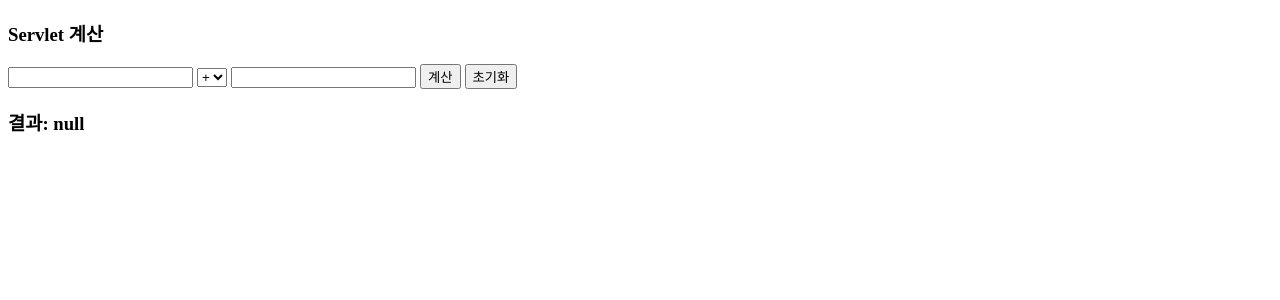
Repository: daehyuk1231/lect_labs_java
Page: http://localhost/java_web/calc1.jsp
The author's editor kept a copy of each file at every save. The page is drawn from the files as they stood at one save, then again after the next save.
The browser window is 1280 px wide. The pictures show the whole page.
The page is served by Tomcat 10.

Above is the page before, as saved 2025-08-13 07:40:11.

After the next save:
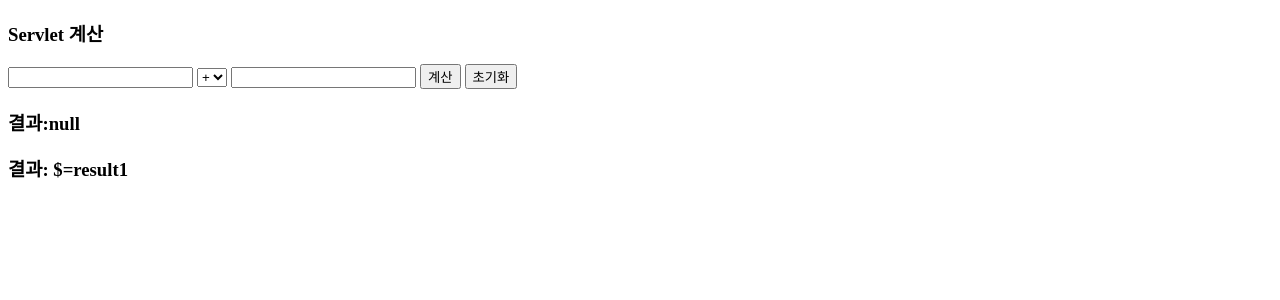
Saved 4 min 5 s later.
--- a/java_web/src/main/webapp/calc1.jsp
+++ b/java_web/src/main/webapp/calc1.jsp
@@ -23,8 +23,7 @@
 		<button type="submit">계산</button>
 		<button type="reset">초기화</button>
 	</form>
-	<h3>
-		결과:
-		<%=result1%></h3>
+	<h3>결과:<%=result1%></h3>
+	<h3>결과: $=result1</h3>
 </body>
 </html>
